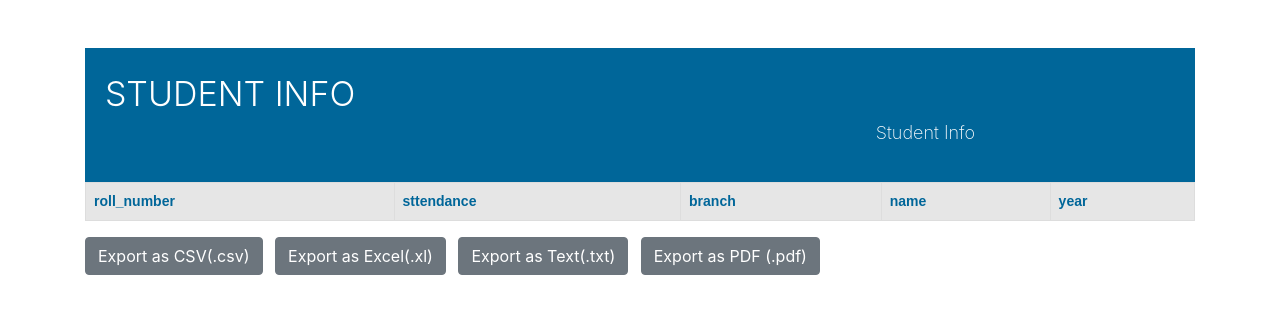
Repository: supranshu/CrystalReportGenerator
Page: http://localhost/produce_report
These files come from the project's save history. The page is drawn as it stood at one moment and after the next save; the edit follows.
The browser window is 1280 px wide. The pictures show the whole page.
The page is this project's Thymeleaf template; nobody is signed in. The template is opened directly, without the code that normally fills it, so the values that code supplies are empty.

Above is the page before, as saved 2023-08-07 12:50:03.

After the next save:
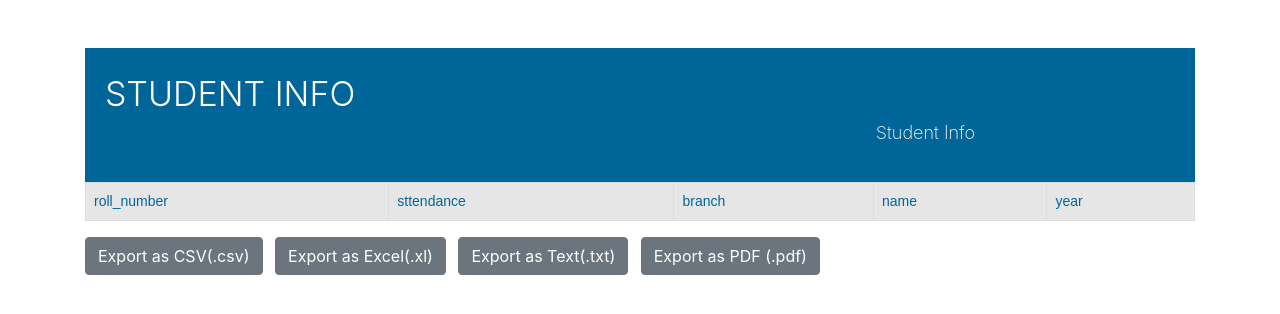
Saved 9 s later.
--- a/com.report/src/main/resources/templates/produce_report.html
+++ b/com.report/src/main/resources/templates/produce_report.html
@@ -22,7 +22,7 @@
         }
         th {
             font-size: 14px;
-            font-weight: bold;
+            font-weight: 100;
             background-color: #E6E6E6;
             color: #006699;
 
